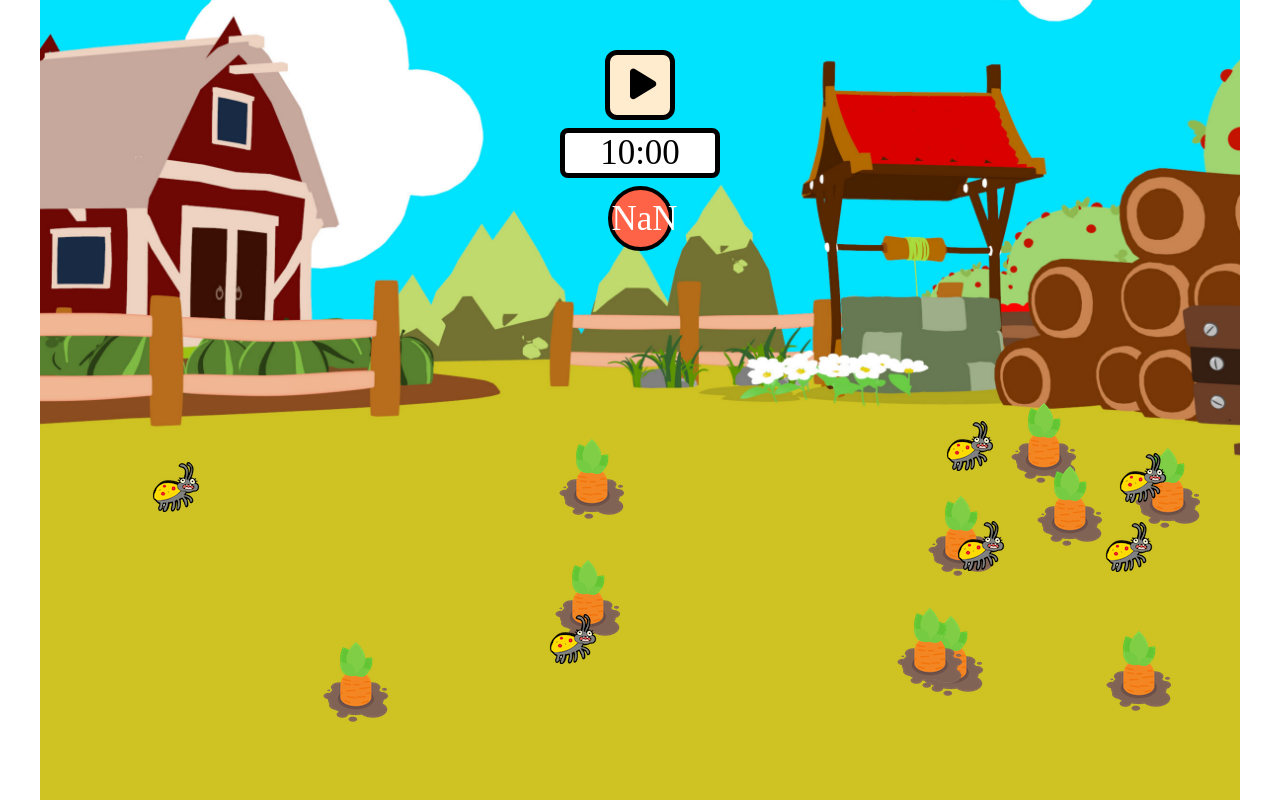
Repository: keehoonjung/Bug-Game
Page: index.html
An editor plug-in stored every save of this project. The page is shown before and after the next save, followed by the edit.
The browser window is 1280 px wide. The pictures show the whole page.
After loading, the first visible `button.play__btn` was clicked once.
Some web libraries are served in a nearby version.

Above is the page before, as saved 2021-08-10 16:28:13.

After the next save:
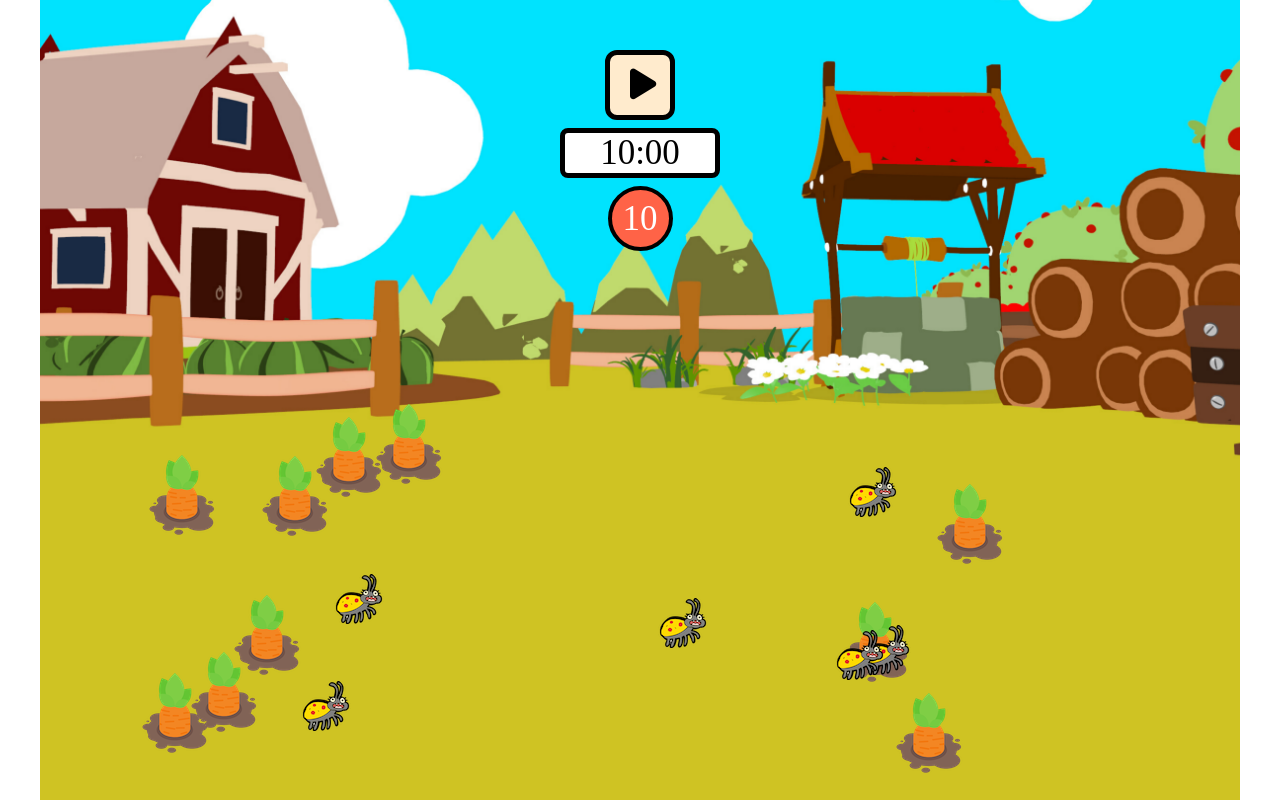
Saved 6 s later.
--- a/main.js
+++ b/main.js
@@ -13,9 +13,7 @@ const popupBtn = document.querySelector(".popup__btn");
 let num;
 
 playBtn.addEventListener("click", () => {
-  createItem("carrot", carroutCount);
-  createItem("bug", bugCount);
-  countCarrot();
+  gameStart();
 });
 function gameStart() {
   num = carroutCount + 1;
